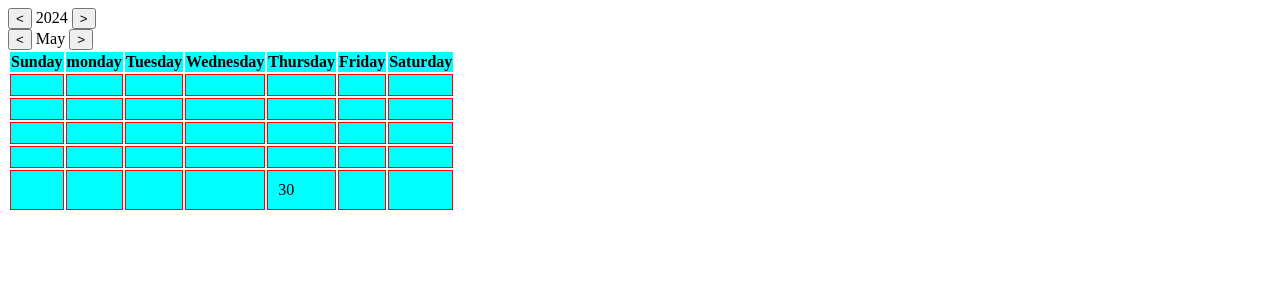
Repository: fateme81yosefi/calendar
Page: index.html
An editor plug-in stored every save of this project. The page is shown before and after the next save, followed by the edit.
The browser window is 1280 px wide. The pictures show the whole page.

Above is the page before, as saved 2024-05-30 14:17:21.

### index.html
<!DOCTYPE html>

<html>

<head>
  <title>calendar</title>
  <link rel="icon" type="image/x-icon" href="/images/fav.png">
  <link rel="stylesheet" href="styles.css">

</head>

<body>

  <div class="container-calendar">
    <div class="contain-year">
      <button>
        < </button>
          <span  id="year"></span>
          <button> > </button>

    </div>
    <div class="contain-month">
      <button>
        < </button>
          <span id="month"></span>
          <button>></button>

    </div>
    <table>
      <tr>
        <th>Sunday</th>
        <th>monday</th>
        <th>Tuesday</th>
        <th>Wednesday </th>
        <th>Thursday</th>
        <th>Friday</th>
        <th>Saturday</th>
      </tr>

      <tr>
        <td id="1-1"> </td>
        <td id="1-2"> </td>
        <td id="1-3"> </td>
        <td id="1-4"> </td>
        <td id="1-5"> </td>
        <td id="1-6"> </td>
        <td id="1-7"> </td>
      </tr>

      <tr>
        <td id="2-1"> </td>
        <td id="2-2"> </td>
        <td id="2-3"> </td>
        <td id="2-4"> </td>
        <td id="2-5"> </td>
        <td id="2-6"> </td>
        <td id="2-7"> </td>
      </tr>

      <tr>
        <td id="3-1"> </td>
        <td id="3-2"> </td>
        <td id="3-3"> </td>
        <td id="3-4"> </td>
        <td id="3-5"> </td>
        <td id="3-6"> </td>
        <td id="3-7"> </td>
      </tr>

      <tr>
        <td id="4-1"> </td>
        <td id="4-2"> </td>
        <td id="4-3"> </td>
        <td id="4-4"> </td>
        <td id="4-5"> </td>
        <td id="4-6"> </td>
        <td id="4-7"> </td>
      </tr>

      <tr>
        <td id="5-1"> </td>
        <td id="5-2"> </td>
        <td id="5-3"> </td>
        <td id="5-4"> </td>
        <td id="5-5"> </td>
        <td id="5-6"> </td>
        <td id="5-7"> </td>
      </tr>
    </table>
  </div>



  <script src="/scripts.js"></script>

</body>

</html>

### styles.css
tr{
    background-color: aqua;
    border: 1px solid red;
    padding: 10px;
    margin: 2px;
}
td{
    background-color: aqua;
    border: 1px solid red;
    padding: 10px;
    margin: 2px;
}

### scripts.js
const d = new Date();
m = d.getMonth()
y = d.getFullYear()
day = d.getDate()
weekday = d.getDay()
weekday++

function fill(m){

    switch(m+1){
        case 1: b = "January";
         for (let first = 1; first < 31; first++) {

         }
            break;
        case 2: b = "February";
            break;
        case 3: b = "March";
            break;
        case 4: b = "April";
            break;
        case 5: b = "May";
            break;
        case 6: b = "June";
            break;
        case 7: b = "July";
            break;
        case 8: b = "August";
            break;
        case 9: b = "September";
            break;
        case 10: b = "October";
            break;
        case 11: b = "November";
            break;
        case 12: b = "December";
            break;
        }

}


function calculator(m , y , day , weekday) {


    document.getElementById("year").innerHTML = y

    switch(m+1){
        case 1: b = "January";
            break;
        case 2: b = "February";
            break;
        case 3: b = "March";
            break;
        case 4: b = "April";
            break;
        case 5: b = "May";
            break;
        case 6: b = "June";
            break;
        case 7: b = "July";
            break;
        case 8: b = "August";
            break;
        case 9: b = "September";
            break;
        case 10: b = "October";
            break;
        case 11: b = "November";
            break;
        case 12: b = "December";
            break;
        }

    document.getElementById("month").innerHTML = b

    // weekday = #column
    if (day <= 7 ) {
        x = "1-" + weekday
        document.getElementById(x).innerHTML = day
    } else if (day <= 14) {
        x = "2-" + weekday
        document.getElementById(x).innerHTML = day
    } else if (day <= 21) {
        x = "3-" + weekday
        document.getElementById(x).innerHTML = day
    } else if (day <= 28) {
        x = "4-" + weekday
        document.getElementById(x).innerHTML = day
    }else if (day >= 29) {
        x = "5-" + weekday
        document.getElementById(x).innerHTML = day
    }


}

calculator(m , y , day , weekday)

After the next save:
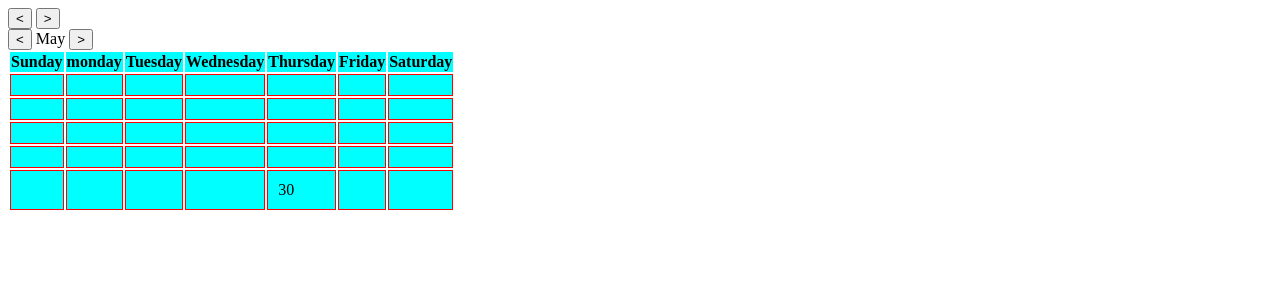
Saved 11 s later.
--- a/scripts.js
+++ b/scripts.js
@@ -43,7 +43,7 @@ function fill(m){
 function calculator(m , y , day , weekday) {
 
 
-    document.getElementById("year").innerHTML = y
+
 
     switch(m+1){
         case 1: b = "January";
